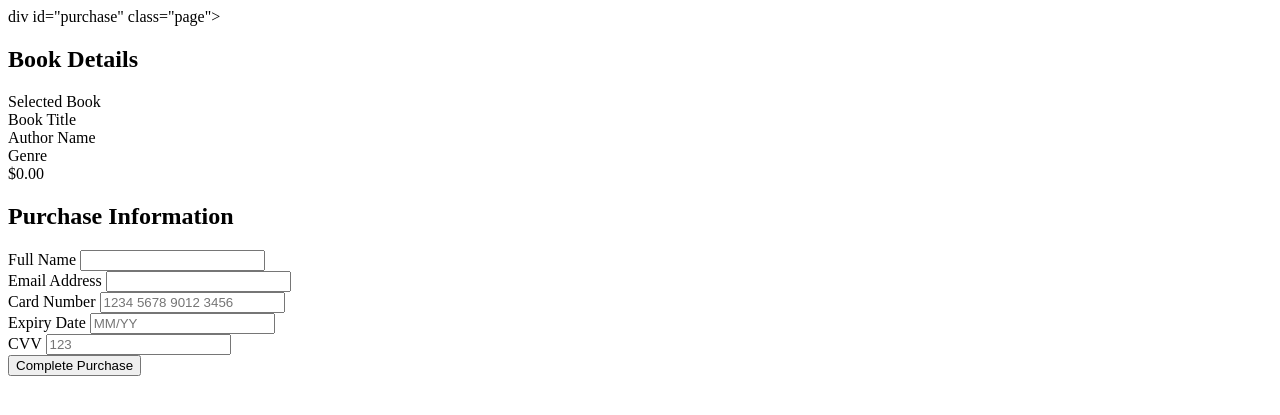
Repository: Ibrahim-Abohola/BookStore
Page: purchase.html
An editor plug-in stored every save of this project. The page is shown before and after a run of saves, followed by the edit.
The browser window is 1280 px wide. The pictures show the whole page.

Above is the page before, as saved 2025-07-15 19:32:40.

After the next 3 saves:
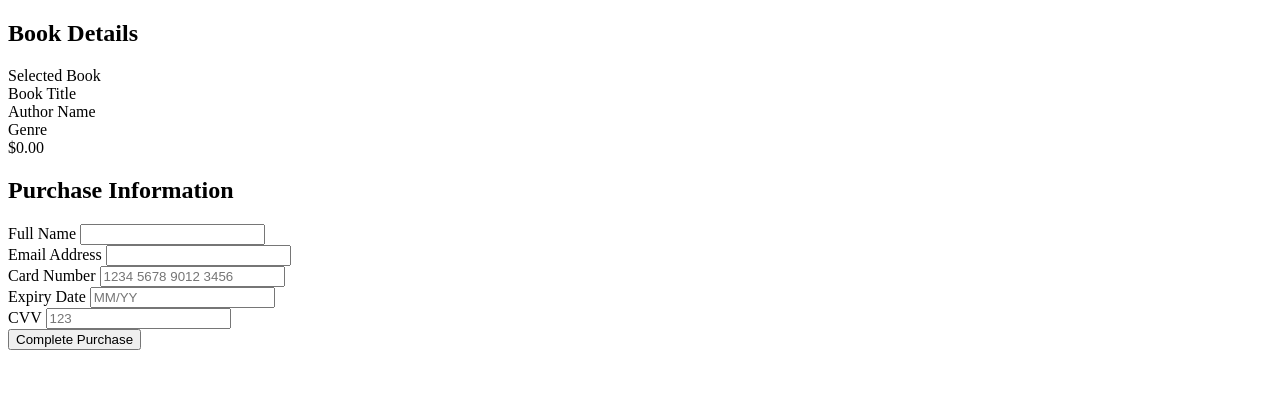
The 3 saves are shown as one change because they came seconds apart.
The last was saved 9 s later.
--- a/purchase.html
+++ b/purchase.html
@@ -6,7 +6,7 @@
     <title>Purchase</title>
     </head>
     <body>
-            div id="purchase" class="page">
+       <div id="purchase" class="page">
         <div class="purchase-container">
             <div class="container">
                 <div class="purchase-content">
